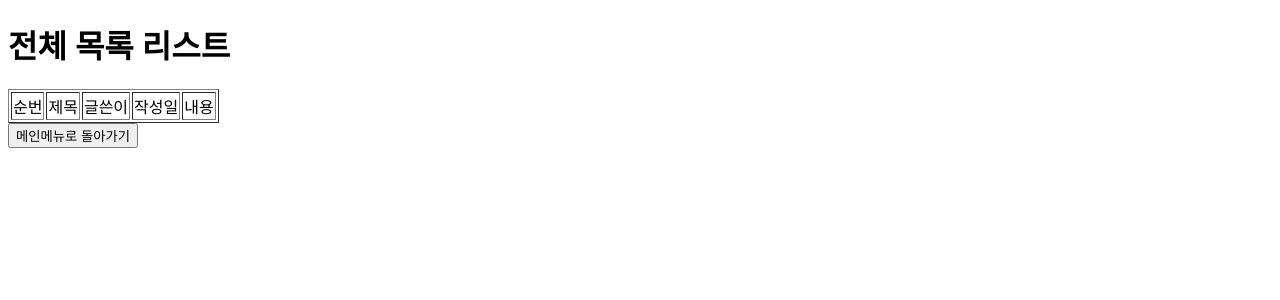
Repository: yangone8249/jsp_project
Page: http://localhost/jsp_project/board/list.jsp
An editor plug-in stored every save of this project. The page is shown before and after the next save, followed by the edit.
The browser window is 1280 px wide. The pictures show the whole page.
The page is served by Tomcat 9. Other server files are loaded and not shown.

Above is the page before, as saved 2023-05-17 01:39:17.

### jsp_project2/jsp_project/src/main/webapp/board/list.jsp
<%@ page language="java" contentType="text/html; charset=UTF-8"
    pageEncoding="UTF-8"%>
<%@ taglib uri="http://java.sun.com/jsp/jstl/core" prefix="c" %>
<!DOCTYPE html>
<html>
<head>
<meta charset="UTF-8">
<title>글 전체 목록</title>
</head>
<body>
	<h1>전체 목록 리스트</h1>
	<table border="1">
		<tr>
			<td>순번</td>
			<td>제목</td>
			<td>글쓴이</td>
			<td>작성일</td>
			<td>내용</td>
		</tr>
		<c:forEach items="${list }" var="list" varStatus="i">

			<tr>
			<!-- <form action="/brd/detail" method="post"> -->
				<td>${i.count }</td>
				<td><a href="/brd/detail?
				count=${i.count}&title=${list.title}&writer=${list.writer}&regdate=${list.regdate}&content=${list.content}"
				>${list.title }</a></form></td>
				<td>${list.writer }</td>
				<td>${list.regdate }</td> <!-- boardVO에 선언한 변수명으로 사용해야한다. -->
				<td>${list.content }</td>
				<!--<input type="text" hidden="hidden" name="count" value="${i.count }"/>
				<input type="text" hidden="hidden" name="count" value="${i.count }"/>
				<input type="text" hidden="hidden" name="count" value="${i.count }"/>
				<input type="text" hidden="hidden" name="count" value="${i.count }"/>
				</form> -->
			</tr>

		</c:forEach>
	</table>
	<a href="/brd/index"><button>메인메뉴로 돌아가기</button></a>
</body>
</html>

After the next save:
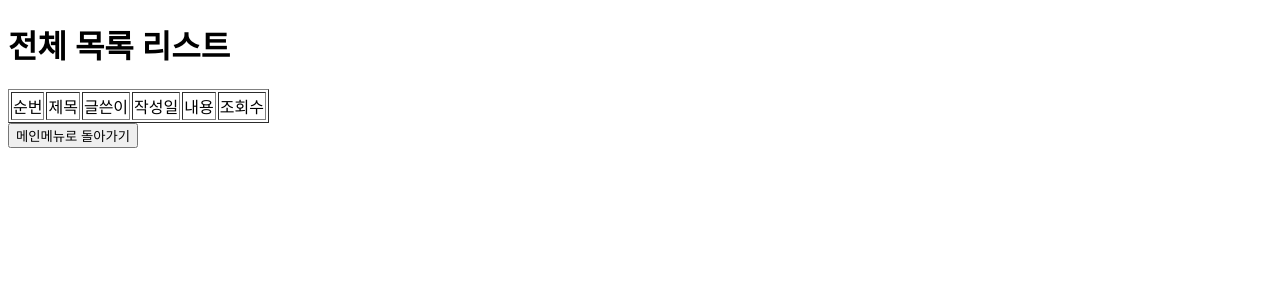
Saved 48 s later.
--- a/jsp_project2/jsp_project/src/main/webapp/board/list.jsp
+++ b/jsp_project2/jsp_project/src/main/webapp/board/list.jsp
@@ -16,6 +16,7 @@
 			<td>글쓴이</td>
 			<td>작성일</td>
 			<td>내용</td>
+			<td>조회수</td>
 		</tr>
 		<c:forEach items="${list }" var="list" varStatus="i">
 
